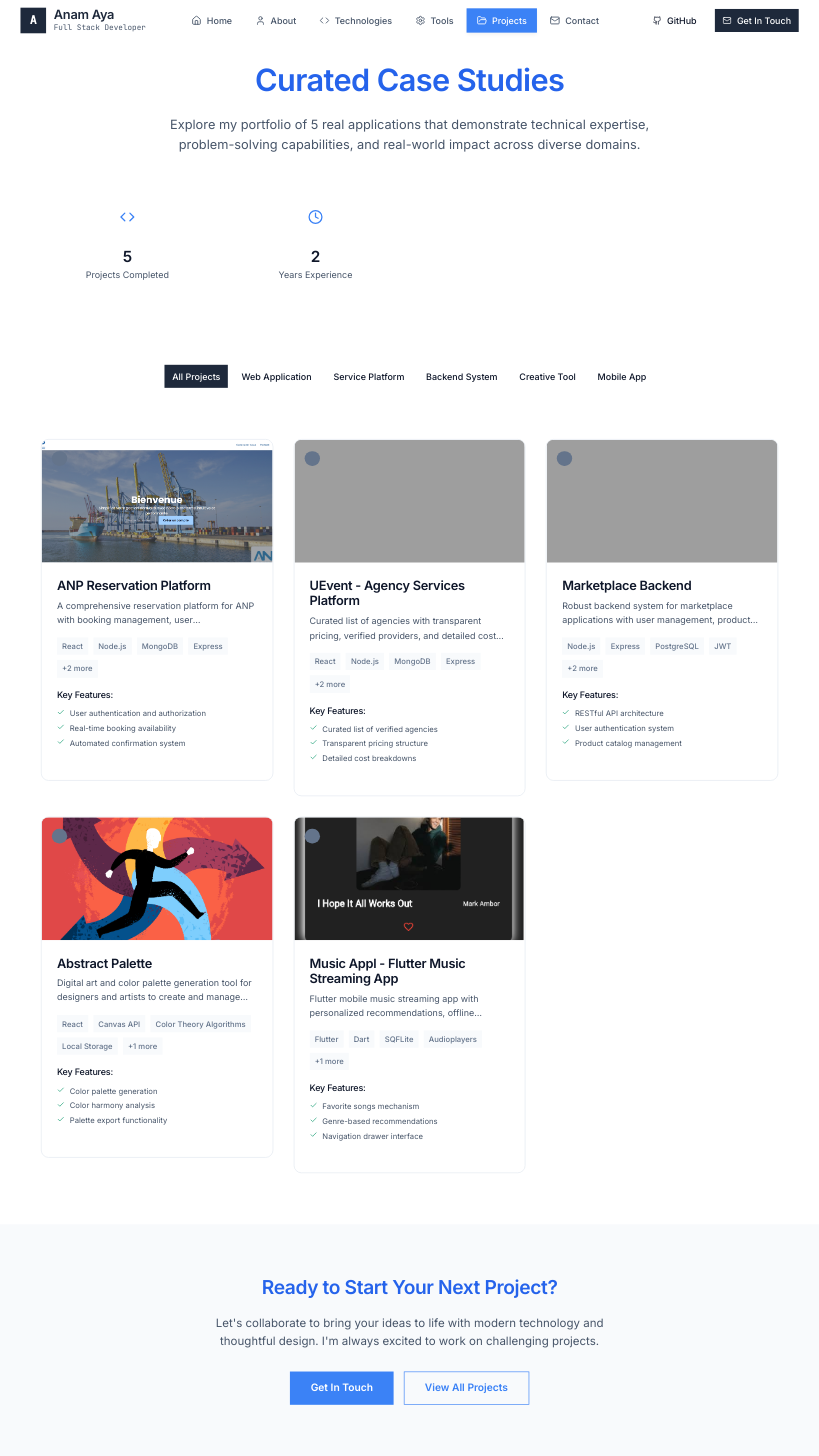
Repository: ayaaas/portflio_aya
Page: /projects-curated-case-studies
The author's editor kept a copy of each file at every save. The page is drawn from the files as they stood at one save, then again after the next save.
The browser window is 1280 px wide. The pictures show the whole page, at 64% of full size.
Pictures or frames that could not be fetched are drawn as grey boxes. The project was rebuilt for these pictures with package versions that can differ from the ones it lists, and the page was loaded fresh each time. Also part of the build but not shown: vite.config.mjs, src/components/ErrorBoundary.jsx, src/pages/hero-section-developer-portfolio/components/ProfileImage.jsx, src/pages/hero-section-developer-portfolio/components/AnimatedText.jsx, src/pages/hero-section-developer-portfolio/components/HeroContent.jsx, src/pages/hero-section-developer-portfolio/components/BackgroundPattern.jsx, src/pages/hero-section-developer-portfolio/components/ScrollIndicator.jsx, src/pages/hero-section-developer-portfolio/index.jsx and 24 more.

Above is the page before, as saved 2025-07-19 01:03:57.

### index.html
<!doctype html>
<html lang="en">

<head>
  <meta charset="utf-8" />
  <title>anam-aya-portfolio</title>
  <meta name="viewport" content="width=device-width, initial-scale=1.0" />
  <meta name="theme-color" content="#000000" />
  <meta name="description" content="Web site created using create-react-app" />
  <link rel="icon" href="/favicon.ico" />
  <link rel="manifest" href="/manifest.json" />
<script type="module" src="https://static.rocket.new/rocket-web.js?_cfg=https%3A%2F%2Fanamayap2173back.builtwithrocket.new&_be=https%3A%2F%2Fapplication.rocket.new&_v=0.1.6"></script>
</head>

<body>
  <noscript>You need to enable JavaScript to run this app.</noscript>
  <div class="dhiwise-code" id="root"></div>
  <script type="module" src="/src/index.jsx"></script>
</body>

</html>

### src/Routes.jsx
import React from "react";
import { BrowserRouter, Routes as RouterRoutes, Route } from "react-router-dom";
import ScrollToTop from "components/ScrollToTop";
import ErrorBoundary from "components/ErrorBoundary";
// Add your imports here
import HeroSectionDeveloperPortfolio from "pages/hero-section-developer-portfolio";
import AboutMePersonalNarrative from "pages/about-me-personal-narrative";
import ToolsProfessionalWorkflowDisplay from "pages/tools-professional-workflow-display";
import ContactCommunicationPortal from "pages/contact-communication-portal";
import TechnologiesInteractiveStackShowcase from "pages/technologies-interactive-stack-showcase";
import ProjectsCuratedCaseStudies from "pages/projects-curated-case-studies";
import NotFound from "pages/NotFound";

const Routes = () => {
  return (
    <BrowserRouter>
      <ErrorBoundary>
      <ScrollToTop />
      <RouterRoutes>
        {/* Define your routes here */}
        <Route path="/" element={<HeroSectionDeveloperPortfolio />} />
        <Route path="/hero-section-developer-portfolio" element={<HeroSectionDeveloperPortfolio />} />
        <Route path="/about-me-personal-narrative" element={<AboutMePersonalNarrative />} />
        <Route path="/tools-professional-workflow-display" element={<ToolsProfessionalWorkflowDisplay />} />
        <Route path="/contact-communication-portal" element={<ContactCommunicationPortal />} />
        <Route path="/technologies-interactive-stack-showcase" element={<TechnologiesInteractiveStackShowcase />} />
        <Route path="/projects-curated-case-studies" element={<ProjectsCuratedCaseStudies />} />
        <Route path="*" element={<NotFound />} />
      </RouterRoutes>
      </ErrorBoundary>
    </BrowserRouter>
  );
};

export default Routes;

### src/pages/projects-curated-case-studies/index.jsx
import React, { useState, useEffect } from 'react';
import { motion } from 'framer-motion';
import Header from '../../components/ui/Header';
import ProjectCard from './components/ProjectCard';
import ProjectModal from './components/ProjectModal';
import ProjectFilter from './components/ProjectFilter';
import ProjectStats from './components/ProjectStats';

const ProjectsCuratedCaseStudies = () => {
  const [selectedProject, setSelectedProject] = useState(null);
  const [isModalOpen, setIsModalOpen] = useState(false);
  const [activeCategory, setActiveCategory] = useState('All');
  const [filteredProjects, setFilteredProjects] = useState([]);
  const [currentProjectIndex, setCurrentProjectIndex] = useState(0);

  // Real project data - only 6 projects as per user's actual work
  const projects = [
    {
      id: 1,
      title: "ANP Reservation Platform",
      category: "Web Application",
      description: "A comprehensive reservation platform for ANP with booking management, user authentication, and real-time availability tracking.",
      detailedDescription: "ANP Reservation Platform is a full-stack web application designed to streamline the booking process for ANP services. Features include user authentication, real-time availability checking, booking management, and automated confirmation systems.",
      image: "public/assets/images/Capture d’écran 2025-07-02 150610.png",
      additionalImages: [
        " "
      ],
      technologies: ["React", "Node.js", "MongoDB", "Express", "JWT", "Tailwind CSS"],
      keyFeatures: [
        "User authentication and authorization",
        "Real-time booking availability",
        "Automated confirmation system",
        "Booking management dashboard",
        "Responsive design",

      ],


    },
    {
      id: 2,
      title: "UEvent - Agency Services Platform",
      category: "Service Platform",
      description: "Curated list of agencies with transparent pricing, verified providers, and detailed cost breakdowns to avoid hidden fees.",
      detailedDescription: "UEvent is a B2C service platform connecting clients with verified agencies. Features transparent pricing with detailed cost breakdowns, verified provider listings, and a dedicated platform for agencies to showcase their work and attract potential clients.",
      image: "https://images.unsplash.com/photo-1611224923853-80b023f02d71?w=800&h=600&fit=crop",
      additionalImages: [
        "https://images.unsplash.com/photo-1552664730-d307ca884978?w=400&h=300&fit=crop",
        "https://images.unsplash.com/photo-1460925895917-afdab827c52f?w=400&h=300&fit=crop"
      ],
      technologies: ["React", "Node.js", "MongoDB", "Express", "Stripe", "Tailwind CSS"],
      keyFeatures: [
        "Curated list of verified agencies",
        "Transparent pricing structure",
        "Detailed cost breakdowns",
        "Agency portfolio showcase",
        "Client review system",
        "Secure payment processing",
        "Enhanced client acquisition tools",
        "Reputation management system"
      ],


    },
    {
      id: 3,
      title: "Marketplace Backend",
      category: "Backend System",
      description: "Robust backend system for marketplace applications with user management, product catalog, and order processing capabilities.",
      detailedDescription: "A comprehensive backend system designed for marketplace applications. Features include user authentication, product management, order processing, payment integration, and real-time notifications.",
      image: "https://images.unsplash.com/photo-1611162617474-5b21e879e113?w=800&h=600&fit=crop",
      additionalImages: [
      ],
      technologies: ["Node.js", "Express", "PostgreSQL", "JWT", "Stripe API", "Socket.io"],
      keyFeatures: [
        "RESTful API architecture",
        "User authentication system",
        "Product catalog management",
        "Order processing system",
        "Payment integration",
        "Real-time notifications",
        "Database optimization",
        "Security middleware"
      ],

    },
    {
      id: 4,
      title: "Abstract Palette",
      category: "Creative Tool",
      description: "Digital art and color palette generation tool for designers and artists to create and manage color schemes.",
      detailedDescription: "Abstract Palette is a creative tool designed for digital artists and designers. It provides advanced color palette generation, color harmony analysis, and palette management features.",
      image: "",
      additionalImages: [
        "https://images.unsplash.com/photo-1579621970563-ebec7560ff3e?w=400&h=300&fit=crop",
        "https://images.unsplash.com/photo-1551288049-bebda4e38f71?w=400&h=300&fit=crop"
      ],
      technologies: ["React", "Canvas API", "Color Theory Algorithms", "Local Storage", "CSS3"],
      keyFeatures: [
        "Color palette generation",
        "Color harmony analysis",
        "Palette export functionality",
        "Color accessibility checker",
        "Gradient generator",
        "Color picker tools",
        "Save and organize palettes",
        "Mobile-responsive design"
      ],

    },

    {
      id: 6,
      title: "Music Appl - Flutter Music Streaming App",
      category: "Mobile App",
      description: "Flutter mobile music streaming app with personalized recommendations, offline storage, and seamless audio playback.",
      detailedDescription: "Music Appl is a Flutter mobile music streaming app designed for personalized listening experiences. Features include favorite mechanism, recommendation system based on genres, navigation drawer, light/dark themes, SQFLite for offline storage, and audioplayers for seamless playback.",
      image: "public/assets/images/Capture d’écran 2025-01-12 221017.png",
      additionalImages: [

      ],
      technologies: ["Flutter", "Dart", "SQFLite", "Audioplayers", "Material Design"],
      keyFeatures: [
        "Favorite songs mechanism",
        "Genre-based recommendations",
        "Navigation drawer interface",
        "Light and dark themes",
        "Offline music storage with SQFLite",
        "Seamless audio playback",
        "Play, pause, stop controls",
        "Background audio playback",
        "Multiple audio format support",
        "Playlist creation (in development)",
        "User login system (planned)",
        "Social sharing (planned)"
      ],

    }
  ];

  // Project statistics - updated to reflect actual 6 projects
  const projectStats = [
    { icon: "Code", value: "5", label: "Projects Completed" },
    { icon: "Clock", value: "2", label: "Years Experience" }


  ];

  // Get unique categories
  const categories = [...new Set(projects.map(project => project.category))];

  // Filter projects based on active category
  useEffect(() => {
    if (activeCategory === 'All') {
      setFilteredProjects(projects);
    } else {
      setFilteredProjects(projects.filter(project => project.category === activeCategory));
    }
  }, [activeCategory]);

  // Auto-scroll projects every 30 seconds
  useEffect(() => {
    const interval = setInterval(() => {
      setCurrentProjectIndex((prevIndex) => (prevIndex + 1) % projects.length);
    }, 30000);

    return () => clearInterval(interval);
  }, [projects.length]);

  const handleViewDetails = (project) => {
    setSelectedProject(project);
    setIsModalOpen(true);
  };

  const handleCloseModal = () => {
    setIsModalOpen(false);
    setSelectedProject(null);
  };

  const handleCategoryChange = (category) => {
    setActiveCategory(category);
  };

  return (
    <div className="min-h-screen bg-background">
      <Header />

      {/* Hero Section */}
      <section className="pt-24 pb-16 px-6 lg:px-8">
        <div className="max-w-6xl mx-auto text-center">
          <motion.div
            initial={{ opacity: 0, y: 30 }}
            animate={{ opacity: 1, y: 0 }}
            transition={{ duration: 0.8 }}
          >
            <h1 className="text-4xl md:text-5xl font-bold text-blue-600 mb-6">
              Curated Case Studies
            </h1>
            <p className="text-xl text-text-secondary max-w-3xl mx-auto leading-relaxed">
              Explore my portfolio of 5 real applications that demonstrate technical expertise,
              problem-solving capabilities, and real-world impact across diverse domains.
            </p>
          </motion.div>
        </div>
      </section>

      {/* Project Statistics */}
      <section className="pb-16 px-6 lg:px-8">
        <div className="max-w-6xl mx-auto">
          <motion.div
            initial={{ opacity: 0, y: 30 }}
            animate={{ opacity: 1, y: 0 }}
            transition={{ duration: 0.8, delay: 0.2 }}
          >
            <ProjectStats stats={projectStats} />
          </motion.div>
        </div>
      </section>

      {/* Project Filter */}
      <section className="pb-8 px-6 lg:px-8">
        <div className="max-w-6xl mx-auto">
          <motion.div
            initial={{ opacity: 0, y: 30 }}
            animate={{ opacity: 1, y: 0 }}
            transition={{ duration: 0.8, delay: 0.4 }}
          >
            <ProjectFilter
              categories={categories}
              activeCategory={activeCategory}
              onCategoryChange={handleCategoryChange}
            />
          </motion.div>
        </div>
      </section>

      {/* Projects Grid */}
      <section className="pb-20 px-6 lg:px-8">
        <div className="max-w-6xl mx-auto">
          <motion.div
            initial={{ opacity: 0 }}
            animate={{ opacity: 1 }}
            transition={{ duration: 0.8, delay: 0.6 }}
            className="grid grid-cols-1 md:grid-cols-2 lg:grid-cols-3 gap-8"
          >
            {filteredProjects.map((project, index) => (
              <motion.div
                key={project.id}
                initial={{ opacity: 0, y: 30 }}
                animate={{ opacity: 1, y: 0 }}
                transition={{ duration: 0.6, delay: index * 0.1 }}
              >
                <ProjectCard
                  project={project}
                  onViewDetails={handleViewDetails}
                />
              </motion.div>
            ))}
          </motion.div>
        </div>
      </section>

      {/* Call to Action */}
      <section className="py-20 px-6 lg:px-8 bg-muted">
        <div className="max-w-4xl mx-auto text-center">
          <motion.div
            initial={{ opacity: 0, y: 30 }}
            animate={{ opacity: 1, y: 0 }}
            transition={{ duration: 0.8 }}
          >
            <h2 className="text-3xl font-bold text-blue-600 mb-6">
              Ready to Start Your Next Project?
            </h2>
            <p className="text-lg text-text-secondary mb-8 max-w-2xl mx-auto">
              Let's collaborate to bring your ideas to life with modern technology
              and thoughtful design. I'm always excited to work on challenging projects.
            </p>
            <div className="flex flex-col sm:flex-row gap-4 justify-center">
              <button
                onClick={() => window.location.href = '/contact-communication-portal'}
                className="px-8 py-3 bg-accent text-accent-foreground rounded-lg font-semibold hover-lift transition-all-300 flex items-center justify-center space-x-2"
              >
                <span>Get In Touch</span>
              </button>
              <button
                onClick={() => window.open('https://github.com/anamaya', '_blank')}
                className="px-8 py-3 border border-accent text-accent rounded-lg font-semibold hover-lift transition-all-300 flex items-center justify-center space-x-2"
              >
                <span>View All Projects</span>
              </button>
            </div>
          </motion.div>
        </div>
      </section>

      {/* Project Modal */}
      <ProjectModal
        project={selectedProject}
        isOpen={isModalOpen}
        onClose={handleCloseModal}
      />
    </div>
  );
};

export default ProjectsCuratedCaseStudies;

### src/components/ui/Button.jsx
import React from 'react';
import { Slot } from "@radix-ui/react-slot";
import { cva } from "class-variance-authority";
import { cn } from "../../utils/cn";
import Icon from '../AppIcon';

const buttonVariants = cva(
    "inline-flex items-center justify-center whitespace-nowrap rounded-md text-sm font-medium ring-offset-background transition-colors focus-visible:outline-none focus-visible:ring-2 focus-visible:ring-ring focus-visible:ring-offset-2 disabled:pointer-events-none disabled:opacity-50",
    {
        variants: {
            variant: {
                default: "bg-primary text-primary-foreground hover:bg-primary/90",
                destructive: "bg-destructive text-destructive-foreground hover:bg-destructive/90",
                outline: "border border-input hover:bg-accent hover:text-accent-foreground",
                secondary: "bg-secondary text-secondary-foreground hover:bg-secondary/80",
                ghost: "hover:bg-accent hover:text-accent-foreground",
                link: "text-primary underline-offset-4 hover:underline",
                success: "bg-success text-success-foreground hover:bg-success/90",
                warning: "bg-warning text-warning-foreground hover:bg-warning/90",
                danger: "bg-error text-error-foreground hover:bg-error/90",
            },
            size: {
                default: "h-10 px-4 py-2",
                sm: "h-9 rounded-md px-3",
                lg: "h-11 rounded-md px-8",
                icon: "h-10 w-10",
                xs: "h-8 rounded-md px-2 text-xs",
                xl: "h-12 rounded-md px-10 text-base",
            },
        },
        defaultVariants: {
            variant: "default",
            size: "default",
        },
    }
);

const Button = React.forwardRef(({
    className,
    variant,
    size,
    asChild = false,
    children,
    loading = false,
    iconName = null,
    iconPosition = 'left',
    iconSize = null,
    fullWidth = false,
    disabled = false,
    ...props
}, ref) => {
    const Comp = asChild ? Slot : "button";

    // Icon size mapping based on button size
    const iconSizeMap = {
        xs: 12,
        sm: 14,
        default: 16,
        lg: 18,
        xl: 20,
        icon: 16,
    };

    const calculatedIconSize = iconSize || iconSizeMap[size] || 16;

    // Loading spinner
    const LoadingSpinner = () => (
        <svg className="animate-spin -ml-1 mr-2 h-4 w-4" fill="none" viewBox="0 0 24 24">
            <circle className="opacity-25" cx="12" cy="12" r="10" stroke="currentColor" strokeWidth="4" />
            <path className="opacity-75" fill="currentColor" d="M4 12a8 8 0 018-8V0C5.373 0 0 5.373 0 12h4zm2 5.291A7.962 7.962 0 014 12H0c0 3.042 1.135 5.824 3 7.938l3-2.647z" />
        </svg>
    );

    // Icon rendering
    const renderIcon = () => {
        if (!iconName) return null;

        return (
            <Icon
                name={iconName}
                size={calculatedIconSize}
                className={cn(
                    children && iconPosition === 'left' && "mr-2",
                    children && iconPosition === 'right' && "ml-2"
                )}
            />
        );
    };

    return (
        <Comp
            className={cn(
                buttonVariants({ variant, size, className }),
                fullWidth && "w-full"
            )}
            ref={ref}
            disabled={disabled || loading}
            {...props}
        >
            {loading && <LoadingSpinner />}
            {iconName && iconPosition === 'left' && renderIcon()}
            {children}
            {iconName && iconPosition === 'right' && renderIcon()}
        </Comp>
    );
});

Button.displayName = "Button";

export default Button;

### src/pages/projects-curated-case-studies/components/ProjectFilter.jsx
import React from 'react';
import Button from '../../../components/ui/Button';

const ProjectFilter = ({ categories, activeCategory, onCategoryChange }) => {
  return (
    <div className="flex flex-wrap gap-2 justify-center mb-12">
      <Button
        variant={activeCategory === 'All' ? 'default' : 'outline'}
        size="sm"
        onClick={() => onCategoryChange('All')}
        className="transition-all-300"
      >
        All Projects
      </Button>
      {categories.map((category) => (
        <Button
          key={category}
          variant={activeCategory === category ? 'default' : 'outline'}
          size="sm"
          onClick={() => onCategoryChange(category)}
          className="transition-all-300"
        >
          {category}
        </Button>
      ))}
    </div>
  );
};

export default ProjectFilter;

### src/pages/projects-curated-case-studies/components/ProjectStats.jsx
import React from 'react';
import Icon from '../../../components/AppIcon';

const ProjectStats = ({ stats }) => {
  return (
    <div className="grid grid-cols-2 md:grid-cols-4 gap-6 mb-16">
      {stats.map((stat, index) => (
        <div key={index} className="text-center">
          <div className="w-16 h-16 bg-accent/10 rounded-full flex items-center justify-center mx-auto mb-4">
            <Icon name={stat.icon} size={24} className="text-accent" />
          </div>
          <div className="text-2xl font-bold text-text-primary mb-1">{stat.value}</div>
          <div className="text-sm text-text-secondary">{stat.label}</div>
        </div>
      ))}
    </div>
  );
};

export default ProjectStats;

Loaded but not shown: src/index.jsx (common file); src/App.jsx (common file); src/styles/tailwind.css (library); src/styles/index.css (common file); src/components/ScrollToTop.jsx (common file); src/components/AppIcon.jsx (common file); src/components/AppImage.jsx (common file); src/utils/cn.js (common file); tailwind.config.js (148 lines, source omitted); src/components/ui/Header.jsx (183 lines, source omitted); src/pages/projects-curated-case-studies/components/ProjectCard.jsx (118 lines, source omitted)

After the next save:
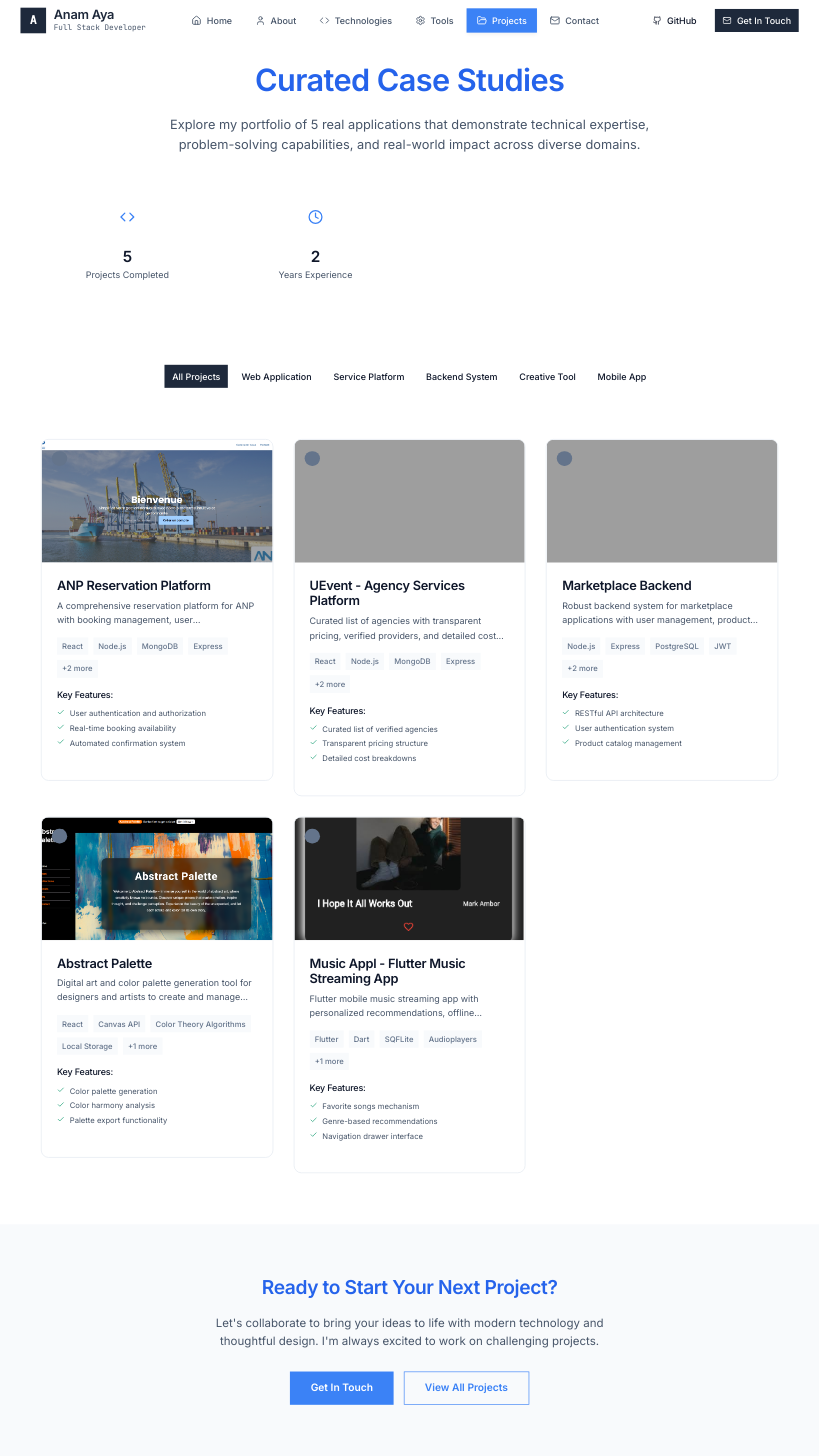
Saved 8 s later.
--- a/src/pages/projects-curated-case-studies/index.jsx
+++ b/src/pages/projects-curated-case-studies/index.jsx
@@ -90,7 +90,7 @@ const ProjectsCuratedCaseStudies = () => {
       category: "Creative Tool",
       description: "Digital art and color palette generation tool for designers and artists to create and manage color schemes.",
       detailedDescription: "Abstract Palette is a creative tool designed for digital artists and designers. It provides advanced color palette generation, color harmony analysis, and palette management features.",
-      image: "",
+      image: "public/assets/images/Capture d'écran 2025-04-16 030157.png",
       additionalImages: [
         "https://images.unsplash.com/photo-1579621970563-ebec7560ff3e?w=400&h=300&fit=crop",
         "https://images.unsplash.com/photo-1551288049-bebda4e38f71?w=400&h=300&fit=crop"
